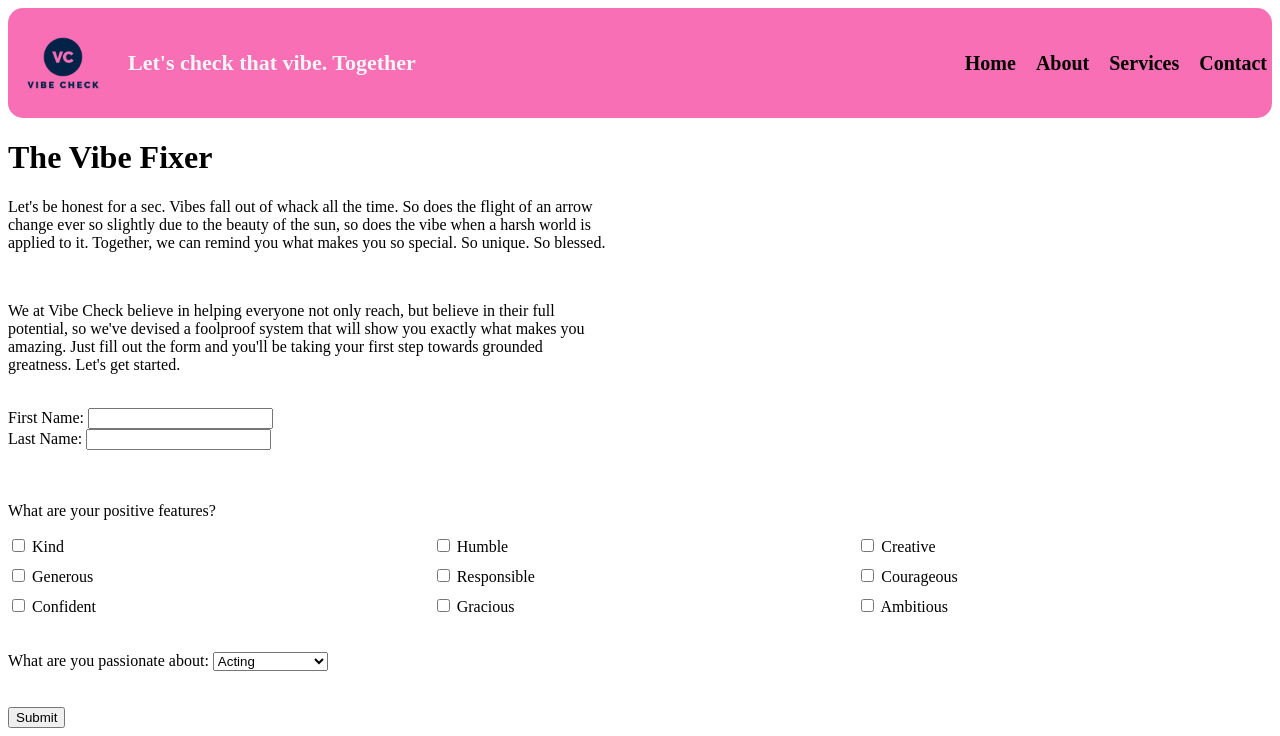
Repository: Chadloswald/Dis-Service
Page: docs/index.html
The author's editor kept a copy of each file at every save. The page is drawn from the files as they stood at one save, then again after the next save.
The browser window is 1280 px wide. The pictures show the whole page.

Above is the page before, as saved 2023-05-02 11:09:10.

### docs/index.html
<!DOCTYPE html>
<html>
<head>
	<title>Dis-Service</title>
	<link rel="stylesheet" type="text/css" href="styles.css">
	<script src="scripts.js"></script>
</head>
<body>
	<header>
		<div class="logo">
		  <img src="logo.jpeg" alt="Logo">
		  <h1>Let's check that vibe. Together</h1>
		</div>
		<nav>
		  <ul>
			<li><a href="#">Home</a></li>
			<li><a href="#">About</a></li>
			<li><a href="#">Services</a></li>
			<li><a href="#">Contact</a></li>
		  </ul>
		</nav>
	  </header>
	<h1>The Vibe Fixer</h1>
	  <p>Let's be honest for a sec. Vibes fall out of whack all the time. So does the flight of an arrow change ever so slightly due to the beauty of the sun, so does the vibe when a harsh world is applied to it. Together, we can remind you what makes you so special. So unique. So blessed.</p><br>
		<p>We at Vibe Check believe in helping everyone not only reach, but believe in their full potential, so we've devised a foolproof system that will show you exactly what makes you amazing. Just fill out the form and you'll be taking your first step towards grounded greatness. Let's get started.</p>
	  <br>
	<form>

		<label>
			First Name:
			<input type="text" name="firstname" id="firstname">
		</label>
		<label>
			Last Name:
			<input type="text" name="lastname" id="lastname">
		</label>
		<br><br>
		<!-- ----------------------------------------- -->
		<p>What are your positive features?</p>
		<div id="checkbox-grid">
		<label>
			<input type="checkbox" name="option1" value="cruel">
			Kind
		</label>
		<label>
			<input type="checkbox" name="option2" value="arrogant">
			Humble
		</label>
		<label>
			<input type="checkbox" name="option3" value="mundane">
			Creative
		</label>
		<label>
			<input type="checkbox" name="option4" value="greedy">
			Generous
		</label>
		<label>
			<input type="checkbox" name="option5" value="irressponsible">
			Responsible
		</label>
		<label>
			<input type="checkbox" name="option6" value="cowardly">
			Courageous
		</label>
		<label>
			<input type="checkbox" name="option7"value="insecure">
			Confident
		</label>
		<label>
			<input type="checkbox" name="option8" value="ungrateful">
			Gracious
		</label>
		<label>
			<input type="checkbox" name="option9" value="apathetic">
			Ambitious
		</label>
	</div>
	<br><br>
		<!-- ------------------------------------------------- -->
		<label>
			What are you passionate about:
			<select id="dropdown">
				<option value="you on stage makes Kristen Stewart's performance in Twilight look Oscar worthy">Acting</option>
				<option value="we checked your chart and your big three are all in ugly">Astrology</option>
				<option value="the next time you get our your telescope I'm going to shine a flashlight right down the tube">Astronomy</option>
				<option value="that bottom is so soggy that Paul Hollywood would never shake your hand">Baking</option>
				<option value="I'm sure your 12 followers are just riveted">Blogging</option>
				<option value="option5">Calligraphy</option>
				<option value="option6">Ceramics</option>
				<option value="option7">Chess</option>
				<option value="option8">Collecting</option>
				<option value="it's called salt! Try using it sometime">Cooking</option>
				<option value="option10">Dancing</option>
				<option value="option10">Drawing</option>
				<option value="option10">Film-making</option>
				<option value="option10">Gardening</option>
				<option value="option10">Hiking</option>
				<option value="option10">Jewelry-making</option>
				<option value="option10">Knitting</option>
				<option value="option10">Meditation</option>
				<option value="option10">Music</option>
				<option value="option10">Painting</option>
				<option value="option10">Photography</option>
				<option value="option10">Playing sports</option>
				<option value="option10">Pottery</option>
				<option value="option10">Reading</option>
				<option value="option10">Running</option>
				<option value="option10">Singing</option>
				<option value="option10">Traveling</option>
				<option value="option10">Volunteering</option>
				<option value="option10">Woodworking</option>
				<option value="option10">Writing</option>
				<option value="option10">Yoga</option>
			</select>
		</label>
		<br><br>
		<input type="submit" value="Submit" onclick="displayMessage()">
	</form>
</body>
</html>

### docs/styles.css
label {
	display: block;
}

#checkbox-grid {
	display: grid;
	grid-template-columns: repeat(3, 1fr);
	grid-gap: 10px;
  }

  #checkbox-grid label {
	display: block;
  }

  header {
	background-color: #f86fb5;
	color: whitesmoke;
	display: flex;
	justify-content: space-between;
	align-items: center;
	padding: 5px;
	border-radius: 15px;
  }

  header h1 {
	font-size: 22px;
  }

  .logo {
	display: flex;
	align-items: center;
  }

  .logo img {
	height: 100px;
	margin-right: 15px;
  }

  nav ul {
	display: flex;
	list-style: none;
  }

  nav li {
	margin-left: 20px;
  }

  nav a {
	color: black;
	text-decoration: none;
	font-weight: bold;
	font-size: 20px;
  }

  p {
	max-width: 600px;
  }

### docs/scripts.js
function displayMessage() {
	// get the values of the input fields
	var firstname = document.getElementById("firstname").value;
	var lastname = document.getElementById("lastname").value;

	// get the values of the selected checkboxes
	var checkboxes = document.querySelectorAll('input[type="checkbox"]:checked');
	var selected = [];
	for (var i = 0; i < checkboxes.length; i++) {
		selected.push(checkboxes[i].value);
	}

	// get the value of the selected option in the dropdown menu
	var dropdown = document.getElementById("dropdown");
	var selectedOption = dropdown.options[dropdown.selectedIndex].value;

	// create an array of names
	var names = ["Smellward", "Poopington", "Fartsman", "Cheesewick", "McLoser", "Hoobitoob", "Cramsworth", "Plooperbum", "Frimblebim", "Feebrizz"];

	// randomly select two names from the array
	var randomIndex1 = Math.floor(Math.random() * names.length);
	var randomIndex2 = Math.floor(Math.random() * names.length);
	while (randomIndex1 === randomIndex2) {
		randomIndex2 = Math.floor(Math.random() * names.length);
	}
	var randomName1 = names[randomIndex1];
	var randomName2 = names[randomIndex2];

	// construct the message
	var message = "Hey " + firstname + " " + lastname + "! Here's a message to cheer you up! You are an " + selected.join(", ") + " little jerk, and " + selectedOption + ". \nYou have lost the right to use the name " + firstname + " " + lastname + ", you nerd. You will be henceforth known as " + randomName1 + " " + randomName2 + ". May shame follow your family for 1000 years.";

	// display the message in an alert box
	alert(message);
}

After the next save:
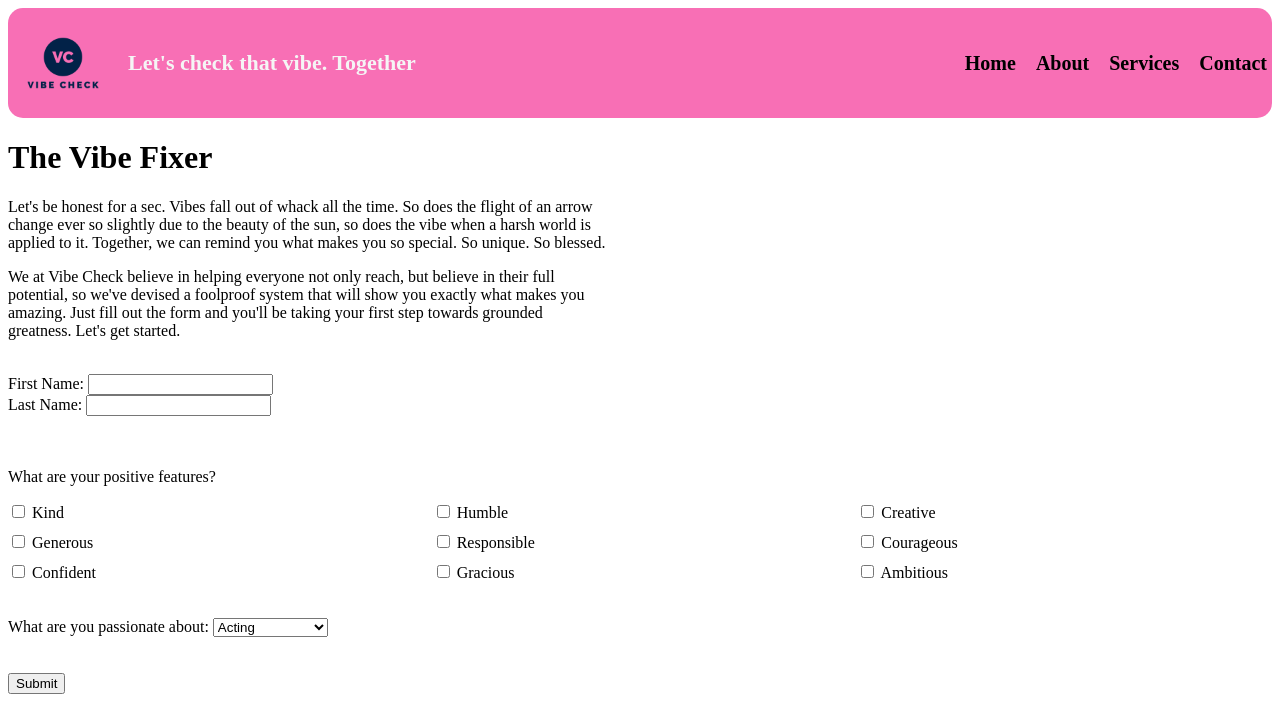
Saved 9 s later.
--- a/docs/index.html
+++ b/docs/index.html
@@ -21,7 +21,7 @@
 		</nav>
 	  </header>
 	<h1>The Vibe Fixer</h1>
-	  <p>Let's be honest for a sec. Vibes fall out of whack all the time. So does the flight of an arrow change ever so slightly due to the beauty of the sun, so does the vibe when a harsh world is applied to it. Together, we can remind you what makes you so special. So unique. So blessed.</p><br>
+	  <p>Let's be honest for a sec. Vibes fall out of whack all the time. So does the flight of an arrow change ever so slightly due to the beauty of the sun, so does the vibe when a harsh world is applied to it. Together, we can remind you what makes you so special. So unique. So blessed.</p>
 		<p>We at Vibe Check believe in helping everyone not only reach, but believe in their full potential, so we've devised a foolproof system that will show you exactly what makes you amazing. Just fill out the form and you'll be taking your first step towards grounded greatness. Let's get started.</p>
 	  <br>
 	<form>
